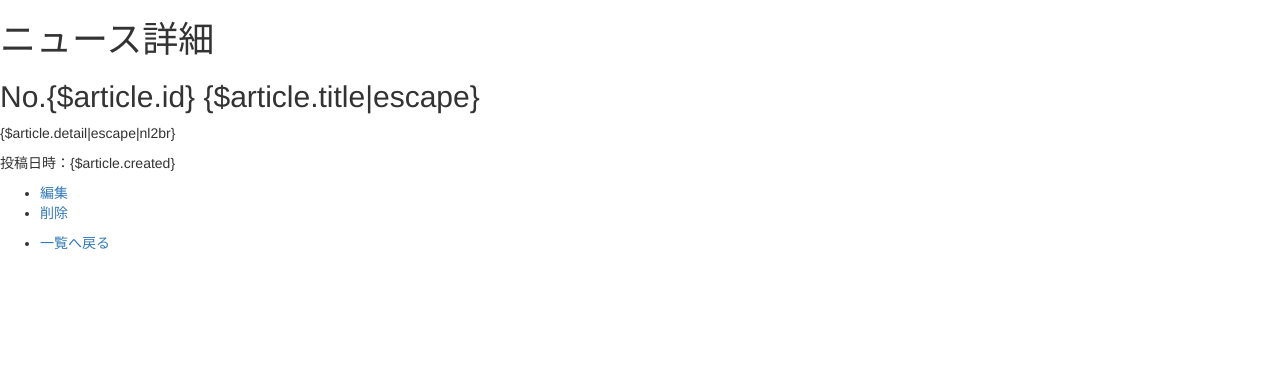
Repository: misakitaro/news-php-20160704-cl9
Page: templates/view.html
The author's editor kept a record of every edit. The page is drawn from the files as they stood at one moment, then again after the next edit.
The browser window is 1280 px wide. The pictures show the whole page.

Above is the page before.

### templates/view.html
<html>

<head>
  <meta http-equiv="Content-Type" content="text/html; charset=utf-8" />
  <!-- Latest compiled and minified CSS -->
  <link rel="stylesheet" href="https://maxcdn.bootstrapcdn.com/bootstrap/3.3.6/css/bootstrap.min.css" integrity="sha384-1q8mTJOASx8j1Au+a5WDVnPi2lkFfwwEAa8hDDdjZlpLegxhjVME1fgjWPGmkzs7" crossorigin="anonymous">
  <!-- Optional theme -->
  <link rel="stylesheet" href="https://maxcdn.bootstrapcdn.com/bootstrap/3.3.6/css/bootstrap-theme.min.css" integrity="sha384-fLW2N01lMqjakBkx3l/M9EahuwpSfeNvV63J5ezn3uZzapT0u7EYsXMjQV+0En5r" crossorigin="anonymous">

  <meta http-equiv="Content-Type" content="text/html; charset=utf-8" />
  <title>ニュース</title>
</head>

<body>
  <h1>ニュース詳細</h1>
  <h2>No.{$article.id} {$article.title|escape}</h2>
  <p>{$article.detail|escape|nl2br}</p>
  <p>投稿日時：{$article.created}</p>
  <ul>
    <li><a href="edit_form.php?id={$article.id}">編集</a></li>
    <li><a href="delete_form.php?id={$article.id}">削除</a></li>
  </ul>
  <ul>
    <li><a href="index.php">一覧へ戻る</a></li>
  </ul>
</body>

</html>

After the next edit:
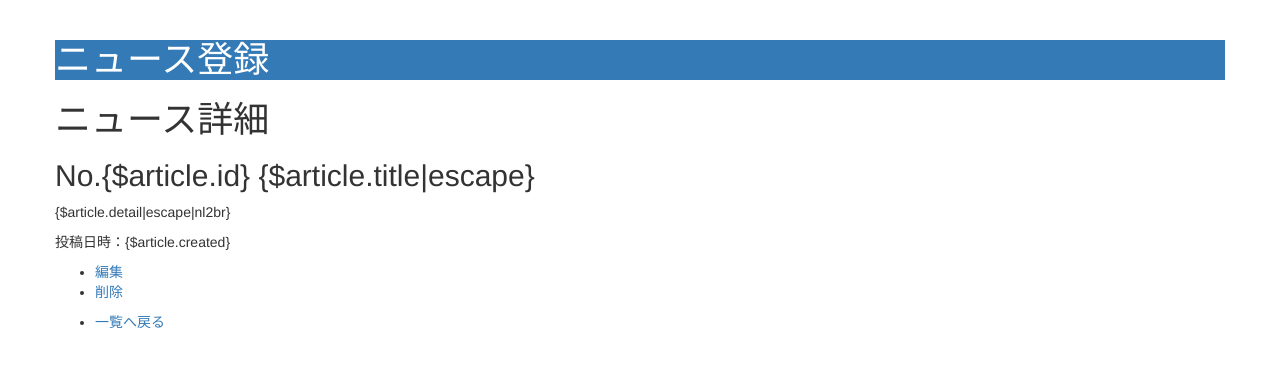
The edit:
--- a/templates/view.html
+++ b/templates/view.html
@@ -12,6 +12,10 @@
 </head>
 
 <body>
+  <div class="container" style="padding:20px 0">
+    <!-- タイトル -->
+    <h1 class="bg-primary">ニュース登録</h1>
+
   <h1>ニュース詳細</h1>
   <h2>No.{$article.id} {$article.title|escape}</h2>
   <p>{$article.detail|escape|nl2br}</p>
